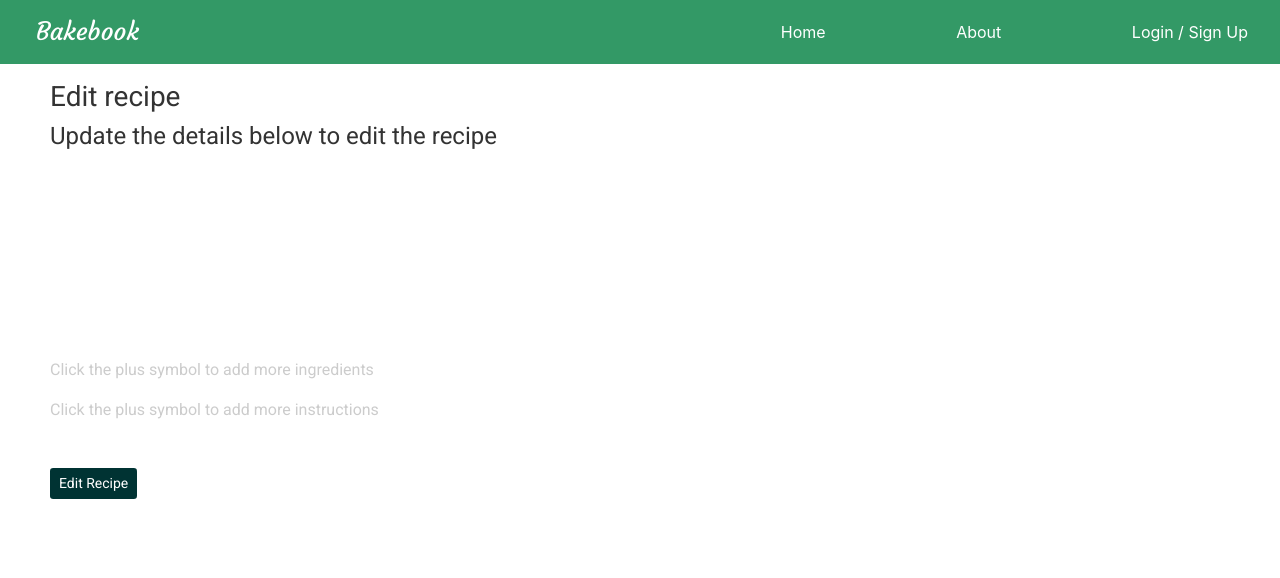
Repository: kmaaallen/bake_book
Page: templates/editrecipe.html
The author's editor kept a record of every edit. The page is drawn from the files as they stood at one moment, then again after the next edit.
The browser window is 1280 px wide. The pictures show the whole page.
Some web libraries are served in a nearby version. The template is drawn by Flask 3. The application's start-up code is not run. Other server files are loaded and not shown. The template is opened directly, without the code that normally fills it, so the values that code supplies are empty.

Above is the page before.
Console error: TypeError: Cannot read properties of null (reading 'value')

### templates/editrecipe.html
{% extends 'base.html' %} {% block content %}
<div class='form-container'>
    <h3>Edit recipe</h3>
    <h4>Update the details below to edit the recipe</h4>
    <form method="POST">
        {{ form.csrf_token }}
        <div>
        {{ form.recipe_title.label}}
        </div>
         <div class="input-div-width">
        {{ form.recipe_title }}
        </div>
        <div>
        {{ form.sub_title.label }}
        </div>
         <div class="input-div-width">
        {{ form.sub_title }}
        </div>
        <div>
        {{ form.recipe_url.label }}
        </div>
        <div class="input-div-width">
        {{ form.recipe_url}}
        </div>
        <img class="preview-image" id="edit-preview">
        <div>
       {{ form.makes.label }}
        </div>
        <div class="input-div-width">
        {{ form.makes(placeholder = "How many/much does this recipe make?") }}
        </div>
        <div>
        {{ form.takes.label }}
        </div>
         <div class="input-div-width">
        {{ form.takes(placeholder = "How long does this recipe take to make?") }}
        </div>
        {{ form.ingredients.label }}
        <p class="helper-text">Click the plus symbol to add more ingredients</p>
        <div id="ingredients" class="input-div-width">
            {% for ingredient in form.ingredients.data %}
            <div><input required type='text' value='{{ingredient}}' class='ingredients' name='ingredients'></input><a class="btn add-btn" onClick="addIngredient()"><i class="material-icons">add</i></a></div>
            {% endfor %}
        </div>
        {{ form.method.label }}
        <p class="helper-text">Click the plus symbol to add more instructions</p>
        <div id="method" class="input-div-width">
            {% for step in form.method.data %}
            <div><textarea class='method' name='method'>{{step}}</textarea><a class="btn add-btn textarea-add-btn" onClick="addStep()"><i class="material-icons">add</i></a></div>
            {% endfor %}
        </div>
        <button class="btn btn-sm save-btn" type="submit">Edit Recipe</button>
    </form>
</div>

{% endblock %}

### templates/base.html
<!DOCTYPE html>
<html>

<head>
    <meta name="viewport" content="width=device-width, initial-scale=1">
    <title>BakeBook</title>
    <link href="https://fonts.googleapis.com/icon?family=Material+Icons" rel="stylesheet">
    <link rel="stylesheet" href="https://stackpath.bootstrapcdn.com/font-awesome/4.7.0/css/font-awesome.min.css" type="text/css" />
    <link rel="stylesheet" href="https://stackpath.bootstrapcdn.com/bootstrap/4.3.1/css/bootstrap.min.css">
    <link rel="stylesheet" href="{{url_for('static', filename='css/style.css')}}" type="text/css" />
    <link rel="shortcut icon" type="image/x-icon" href="static/favicon.ico">
</head>

<body>
    <!-- mobile nav -->
    <nav class="mobile-nav navbar fixed-top">
        <a class="navbar-brand" href="https://bake-book-milestone.herokuapp.com/">Bakebook</a>
        <div class="dropdown hidden-md-up">
            <ul class="nav-ul">
                <li class="nav-item dropdown-mobile">
                    <a class="nav-link mobile-dropdown dropdown" href="#" id="navbarDropdownMobileLink" role="button" data-toggle="dropdown" aria-haspopup="true" aria-expanded="false">
<i class="fa fa-bars"></i>
</a>
                    <div class="dropdown-menu mobile-menu dropdown-menu-right" aria-labelledby="navbarDropdownMobileLink">
                        <a class="dropdown-item" href="{{url_for('show_recipes')}}">Home</a>
                        <a class="dropdown-item" href="{{url_for('about')}}">About</a> {% if session['logged_in'] %}
                        <a class="dropdown-item" href="{{url_for('submit_recipe')}}">Submit a recipe</a>
                        <a class="dropdown-item" href="{{url_for('my_recipes')}}">My Recipes</a>
                        <a class="dropdown-item" href="{{url_for('my_saved_recipes')}}">My Saved Recipes</a>
                        <a class="dropdown-item" href="{{url_for('logout')}}">Logout</a> {% else %}
                        <a class="nav-link" href="{{url_for('login')}}">Login / Sign Up</a> {% endif %}
                    </div>
                </li>
            </ul>
        </div>
    </nav>
    <!--Main Nav Section -->
    <nav class="main-nav navbar fixed-top hidden-sm-down">
        <ul class="nav-ul">
            <li class="nav-item">
                <a class="navbar-brand" href="https://bake-book-milestone.herokuapp.com/">Bakebook</a>
            </li>
        </ul>
        <div class="main-nav-menu">
            <ul class="nav-ul">
                <li class="nav-item">
                    <a class="nav-link" href="{{url_for('show_recipes')}}">Home</a>
                </li>
                <li class="nav-item">
                    <a class="nav-link" href="{{url_for('about')}}">About</a>
                </li>
                {% if session['logged_in'] %}
                <li>
                    <a href="{{url_for('submit_recipe')}}">Submit a recipe</a>
                </li>
                <li class="nav-item dropdown">
                    <a class="nav-link dropdown-toggle" href="#" id="navbarDropdownMenuLink" role="button" data-toggle="dropdown" aria-haspopup="true" aria-expanded="false">
{{ session['username'] }}
</a>
                    <div class="dropdown-menu dropdown-menu-right dropdown-main-nav" aria-labelledby="navbarDropdownMenuLink">
                        <a class="dropdown-item" href="{{url_for('my_recipes')}}">My Recipes</a>
                        <a class="dropdown-item" href="{{url_for('my_saved_recipes')}}">My Saved Recipes</a>
                        <a class="dropdown-item" href="{{url_for('logout')}}">Logout</a>
                    </div>
                </li>
            </ul>
            {% else %}
            <a class="nav-link" href="{{url_for('login')}}">Login / Sign Up</a> {% endif %}
        </div>
    </nav>

    {% with messages = get_flashed_messages() %} {% if messages %} {% for message in messages %}
    <div class="alert alert-warning alert-dismissible" role="alert">
        {{message}}
    </div>
    {% endfor %} {% endif %} {% endwith %} {% block content %} {% endblock %}
    <script src="https://cdnjs.cloudflare.com/ajax/libs/jquery/3.2.1/jquery.min.js"></script>
    <script src="https://stackpath.bootstrapcdn.com/bootstrap/4.3.1/js/bootstrap.min.js"></script>
    <script src="/static/javascript/script.js"></script>
</body>

</html>

### static/css/style.css
@import url('https://fonts.googleapis.com/css?family=Courgette|Roboto&display=swap');

/* Main style */
body{
    color:#333333;
}

.row{
    margin-left:15px;
    margin-right:15px;
}

a{
    color:#ffffff;
}

a:hover {
    color: #003333;
    text-decoration:none;
}

a:not([href]):not([tabindex]) {
    color:#ffffff;
}

.alert-warning {
    color: #856404;
    background-color: #fff3cd;
    border-color: #ffeeba;
    margin-top: 50px;
    margin-bottom: -50px;
}

/* error page style */
.error-page{
    margin-left:100px;
    margin-top:100px;
    margin-right:100px;
}

.error-home-link{
    color:#339966;
}

/* Page header styling*/
.page-header{
    margin-top:80px;
    margin-left:25px;
}

.home-page-header{
    font-size:20px;
    text-decoration: none;
    text-align: center;
    margin-left: auto;
    margin-right: auto;
    width: 100%;
}

/* Nav styling */

.navbar{
    background-color: #339966;
    list-style:none;
    margin-bottom:10px;
}

.navbar-brand{
    padding-left: 20px;
    font-family: 'Courgette';
    color: #ffffff;
    font-size:25px;
}

.navbar-brand:hover{
    color:#003333;
}

.main-nav-menu {
    display: inline-flex;
    width: 40%;
    justify-content: space-between;
    align-items: baseline;
}

.nav-ul {
    list-style: none;
    display: contents;
}

/*Styling for nav menu dropdown*/

.dropdown-menu, .dropdown-item, .nav-link{
    background-color:#339966;
    color:#ffffff;
}

.dropdown-item:focus, .dropdown-item:hover {
    color: #003333;
    text-decoration: none;
    background-color: #339966;
}

.dropdown-menu-right{
    right: -23px;
}

/* Recipes homepage style */
.display-recipes{
    justify-content:center;
}

.input-field{
    margin-right: auto;
    margin-left: auto;
    display: flex;
    justify-content: center;
}

.search-bar {
    background-color: #cccccc;
    width: 95%;
    margin-top: 10px;
}

.search-bar:focus {
    outline: none;
}

.search-form-top{
    margin-top: 80px;
}

.search-form{
    width: 100%;
    height:50px;
}

.search-btn {
    background-color: #339966;
    color: #ffffff;
    height: 24px;
    margin-left: 5px;
    padding: 0px;
    transform: translateY(12px);
}

.card-img-top{
    height: 250px;
    object-fit: cover;
}

.card-text {
    min-height: 100px;
    font-size: larger;
}

.card-title{
    min-height:120px;
}

.view-recipe-btn{
    color: #fff;
    background-color: #339966;
    border-color: #339966;
}

/* Recipecard template styling */

.recipe-container{
    padding-left:20px;
    font-family: 'Roboto';
    margin-top:100px;
}

.method-ingredient-title{
    text-decoration: underline;
}

.btn.save-btn{
    background-color:#003333;
    color:#ffffff;
    margin-top:30px;
}

.btn:focus {
    outline: 0;
    box-shadow: 0 0 0 0.2rem #cccccc;
}

.full-recipe-card{
    width:100%;
    margin-bottom: 20px;
    border: 0px solid rgba(0,0,0,0);
}

.full-recipe-card-top{
    height:500px;
    object-fit: cover;
}

.full-recipe-card-body{
    height: 60px;
}

.icon-star{
    transform: translateY(4px);
}

/* Submit / Edit  recipe form styling */

.helper-text{
    color:#cccccc;
    font-size: 16px;
}

.textarea-add-btn {
    transform: translateY(-10px);
}

.add-btn {
    background-color: #339966;
    color: #ffffff;
    height: 24px;
    margin-left: 5px;
    padding: 0px;
}

.form-container{
    padding-right: 20px;
    font-family: 'Roboto';
    max-width: 90%;
    margin-top:80px;
    margin-left:50px;
}

input{
    width:90%;
    box-shadow: none;
    margin-bottom: 10px;
    border: solid 1px #cccccc;
    padding-left:10px;
}

input:focus, textarea:focus{
    outline-color:#cccccc;
}

.extra-input{
    width: 80%;
}

.input-div-width{
    width: 100%;
}

textarea {
    overflow: auto;
    resize: vertical;
    width: 90%;
    height: 28px;
    border-color: #cccccc;
}

.label{
    color: #339966;
}


/* about page styling */
.about-page{
    margin-left:50px;
    margin-top:100px;
}

.about-text, .about-header{
    margin-left:-26px;
}

.jumbotron-fluid{
    background-image:url('https://c.pxhere.com/images/41/f2/9cae19e4045f684f3c3b9eeb1bc7-1455763.jpg!d');
    height:400px;
    background-size:cover;
    margin: -55px -55px 20px -55px;
}

.mailto {
    color: #339966;
}

/*login page styling*/
.signup{
    color:#339966;
}

.invalid-message{
    margin-left:50px;
}

/* My Recipes style */

.delete-recipe-btn{
    margin-top:10px;
    background-color:#333333;
    border-color: #333333;
}

.delete-recipe-btn:hover{
    color:#cccccc;
}

.preview-image, .submit-preview-image{
    height:200px;
}

/* Media Queries */
@media (max-width: 992px){
    .main-nav{
        display:none;
    }
    .btn.save-btn{
        margin-top:60px;
    }
    .textarea-add-btn{
        margin-top:10px;
    }
}
@media (min-width:992px) {
    .extra-input {
        width: 90%;
    }
}

### static/javascript/script.js
 //functions to add and remove extra inputs for method and ingredients
 function removeInput(e) {
     e.parentElement.remove(e.parentElement);
 }

 function addIngredient() {
     var newInput = $("<div><input required type='text' value='' class='ingredients extra-input' name='ingredients'></input><a class='btn add-btn' onClick='removeInput(this)'><i class='material-icons'>delete</i></a><a class='btn add-btn' onClick='addIngredient()'><i class='material-icons'>add</i></a></div>")
     $("#ingredients").append(newInput);
 }

 function addStep() {
     var newInput = $("<div><textarea value='' class='method extra-input' name='method'></textarea><a class='btn add-btn textarea-add-btn' onClick='removeInput(this)'><i class='material-icons'>delete</i></a><a class='btn add-btn textarea-add-btn' onClick='addStep()'><i class='material-icons'>add</i></a></div>")
     $("#method").append(newInput);
 }

 // show recipe url preview if not empty
 function showEditPreview() {
  var new_url = document.getElementById('recipe_url').value;
  if (document.getElementById('recipe_url').value != "") {
   document.getElementById('edit-preview').src = new_url;
  }
  else {
   document.getElementById('edit-preview').src = '/static/images/default.png';
  }
 }

 function showSubmitPreview() {
  var new_url = document.getElementById('recipe_url').value;
  if (document.getElementById('recipe_url').value != "" && document.getElementById("recipe_url").value.toLowerCase().endsWith('.jpg')) {
   document.getElementById('submit-preview').src = new_url;
  }
  else {
   document.getElementById('submit-preview').src = "/static/images/default.png";
  }
 }

 $(document).ready(function() {
  // if recipe_url field is present call showPreview
  if (document.getElementById('edit-preview')) {
   showEditPreview();
   document.getElementById('recipe_url').addEventListener('change', showEditPreview);
  }
  else if (document.getElementById('submit-preview')) {
   showSubmitPreview();
   document.getElementById('recipe_url').addEventListener('change', showSubmitPreview);
  }
 });

After the next edit:
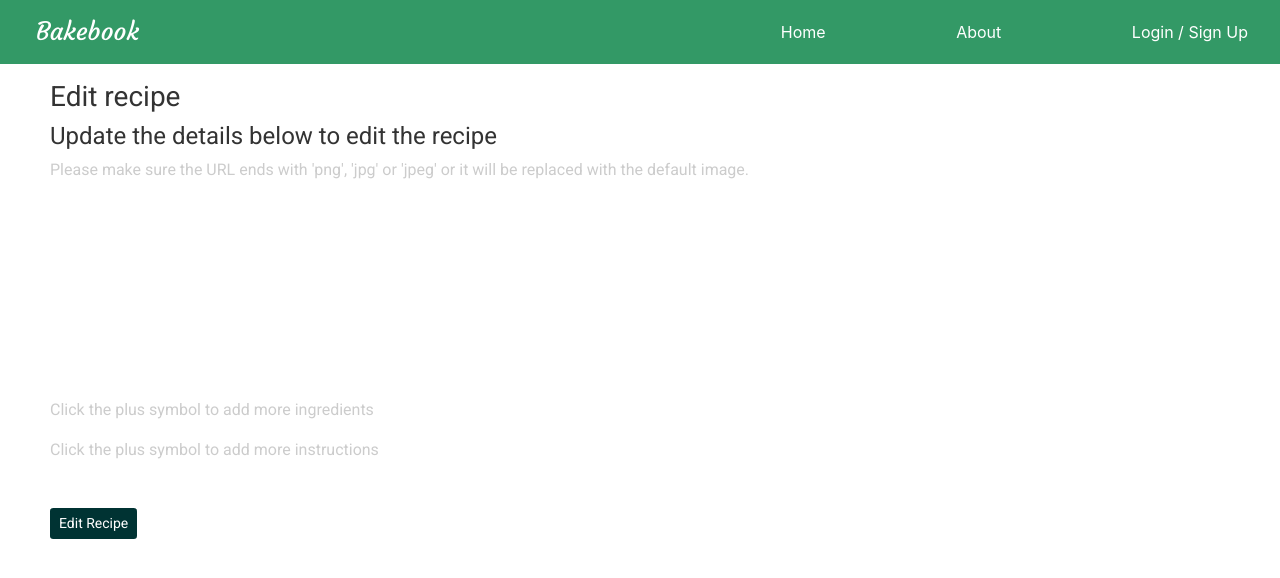
The edit:
--- a/templates/editrecipe.html
+++ b/templates/editrecipe.html
@@ -18,6 +18,7 @@
         </div>
         <div>
         {{ form.recipe_url.label }}
+        <p class="helper-text">Please make sure the URL ends with 'png', 'jpg' or 'jpeg' or it will be replaced with the default image.</p>
         </div>
         <div class="input-div-width">
         {{ form.recipe_url}}
